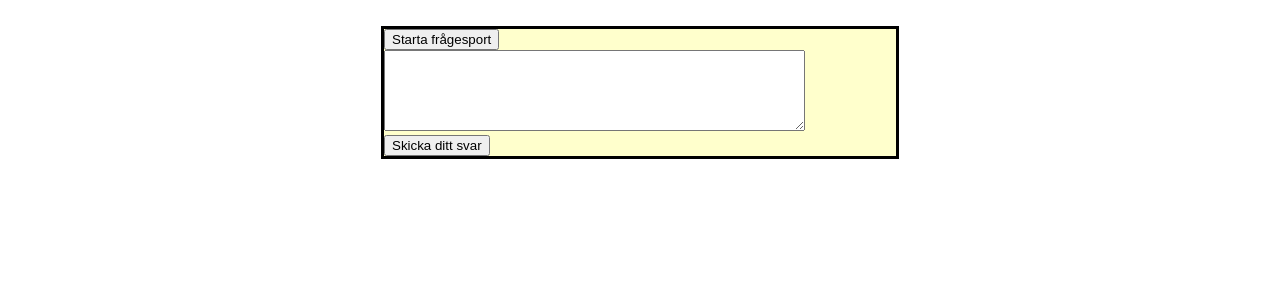
Repository: jb223cp/1dv403-laborationer
Page: 4-thequiz/index.html
The author's editor kept a record of every edit. The page is drawn from the files as they stood at one moment, then again after the next edit.
The browser window is 1280 px wide. The pictures show the whole page.

Above is the page before.

### 4-thequiz/index.html
<!DOCTYPE html>
<html lang="sv">
<head>
	<meta charset="UTF-8" />
	<link href='//fonts.googleapis.com/css?family=Bangers' rel='stylesheet' type='text/css'>
	<link rel="stylesheet" href="css/main.css" media="only screen and (min-width:768px)" />
	      <script src="script/quiznew.js"></script>

 	<title>The Quiz</title>

</head>
    <body>
        <section id="container">
            <p id="counter"></p>



            <input  type="button" value="Starta frågesport" id="start"></input>
            <textarea cols="50" rows="5" maxlength="250" name="Answer" id="answer"></textarea>
            <input  type="button" value="Skicka ditt svar" id="send"></input>
        </section>
    </body>
</html>

### 4-thequiz/css/main.css
html, body, div, span, applet, object, iframe,
p, blockquote, pre,
a, abbr, acronym, address, big, cite, code,
del, dfn, em, img, ins, kbd, q, s, samp,
small, strike, strong, sub, sup, tt, var,
b, u, i, center, ol, ul, li,
fieldset, form, label, legend,
table, caption, tbody, tfoot, thead, tr, th, td,
article, aside, canvas, details, embed,
figure, figcaption, footer, header, hgroup,
menu, nav, output, ruby, section, summary,
time, mark, audio, video {
	margin: 0;
	padding: 0;
	border: 0;
	font-size: 100%;
	font: inherit;
	vertical-align: baseline;
}
/* HTML5 display-role reset for older browsers */

article, aside, details, figcaption, figure,
footer, header, hgroup, menu, nav, section {
	display: block;
}

section{
    width:40%;
    margin-top:2%;
    background-color:#FFFFCC;
    margin-left:auto;
    margin-right:auto;
    border-style:solid;
    border-color:black;
    border-width:3px;
}

.button{
	margin-left:5%;
}

h1{
	font-size:1.9em;
    font-family: 'Bangers';
    padding-left:20%;
}

p{
	font-size:1.2em;
    font-family: 'Bangers';
    padding-left:5%;
}
.question{
	padding-top:2%;
	font-size:1.3em;
}

### 4-thequiz/script/quiznew.js
"use strict";

function Quiz() {


    var start = document.getElementById("start");
    var send = document.getElementById("send");
    var counterGlobal=0;
    var counterPartial=0;
    start.enabled=true;

//Calls the function that gets one question from third part
    start.onclick = function() {
             Question("http://vhost3.lnu.se:20080/question/1");
        }


//Function that gets one question from adress in argument
        function Question(URL){

            var xhr = new XMLHttpRequest();
            xhr.open("GET", URL, true);
            xhr.send(null);
            var objQuestion;

            xhr.onreadystatechange = function() {

                if((xhr.readyState === 4 && xhr.status===200) || xhr.status==304){

                        objQuestion = JSON.parse(xhr.responseText);
                        var questionParagraph = document.createElement("p");
                        questionParagraph.setAttribute("class","question");
                        questionParagraph.innerHTML = objQuestion.question;
                        var section = document.getElementById("container");
                        section.appendChild(questionParagraph);

                        //send.enabled=true;

                        //Calls the function that sends answer on adress that I get from previous adress
                        send.onclick = function() {
                            /*start.disabled=true;*/
                            counterGlobal+=1;
                            Answer(objQuestion.nextURL);
                        }
                };
            }
        }


//Function that sends the answer on adress in argument
        function Answer(URL1){

            var xhrPost = new XMLHttpRequest();
            xhrPost.open("POST", URL1, true);
            xhrPost.setRequestHeader('Content-Type', 'application/json');
            var answer = document.getElementById("answer");
            var currentAnswer = JSON.stringify({"answer": answer.value});
            xhrPost.send(currentAnswer);
            var objResponse;

            xhrPost.onreadystatechange = function() {

                    if((xhrPost.readyState === 4 && xhrPost.status===200) || xhrPost.status==304){

                            objResponse=(JSON.parse(xhrPost.responseText));
                            var answerParagraph = document.createElement("p");
                            answerParagraph.style.color="green";

                            answerParagraph.innerHTML = objResponse.message;

                            var section1 = document.getElementById("container");
                            section1.appendChild(answerParagraph);

                            if (typeof objResponse.nextURL === "undefined") {

                                  answerParagraph.innerHTML = objResponse.message + " You finished the game and it took " + counterGlobal + " tries";
                                  counterGlobal=0;
                            }
                                    counterPartial=0;
                                    Question(objResponse.nextURL);

                    }else if (xhrPost.readyState === 4 && xhrPost.status==400){

                            counterPartial+=1;
                            objResponse=(JSON.parse(xhrPost.responseText));
                            var answerParagraphFailed = document.createElement("p");
                            answerParagraphFailed.style.color="red";
                            answerParagraphFailed.innerHTML = objResponse.message + " and this is attempt number " +counterPartial;

                            var section2 = document.getElementById("container");
                            section2.appendChild(answerParagraphFailed);
                    }
            }
        }
}

window.onload = function() {
    new Quiz();
 };

After the next edit:
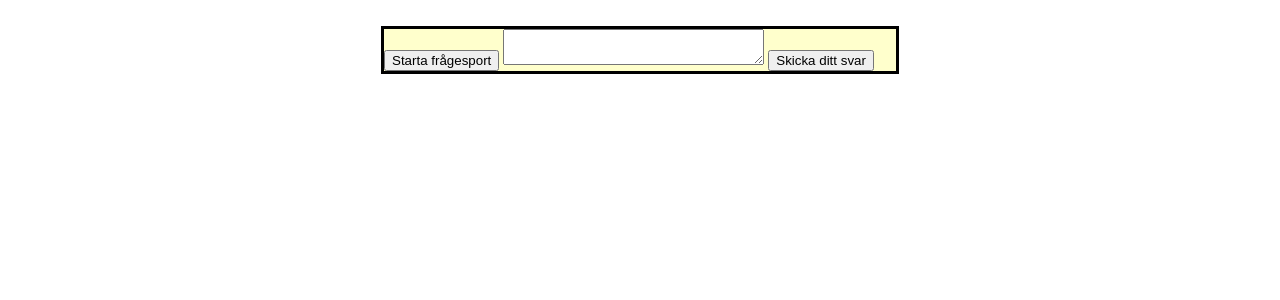
The edit:
--- a/4-thequiz/index.html
+++ b/4-thequiz/index.html
@@ -16,7 +16,7 @@
 
 
             <input  type="button" value="Starta frågesport" id="start"></input>
-            <textarea cols="50" rows="5" maxlength="250" name="Answer" id="answer"></textarea>
+            <textarea cols="30" rows="2" maxlength="250" name="Answer" id="answer"></textarea>
             <input  type="button" value="Skicka ditt svar" id="send"></input>
         </section>
     </body>
